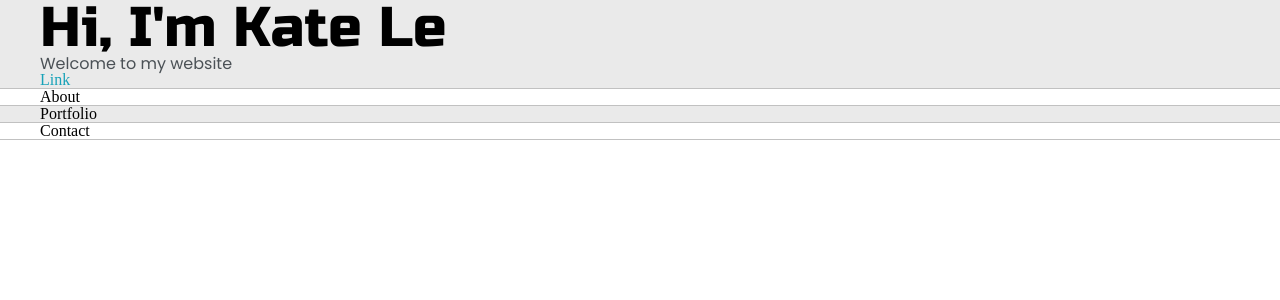
Repository: kate30980/my-persponal-website
Page: index.html
These files come from the project's save history. The page is drawn as it stood at one moment and after the next save; the edit follows.
The browser window is 1280 px wide. The pictures show the whole page.

Above is the page before, as saved 2021-08-26 17:10:41.

### index.html
<!DOCTYPE html>
<html lang="en">

<head>
    <meta charset="UTF-8">
    <meta http-equiv="X-UA-Compatible" content="IE=edge">
    <meta name="viewport" content="width=device-width, initial-scale=1.0">
    <title>Kate Le</title>
    <link rel="preconnect" href="https://fonts.googleapis.com">
    <link rel="preconnect" href="https://fonts.gstatic.com" crossorigin>
    <link rel="preconnect" href="https://fonts.googleapis.com">
    <link rel="preconnect" href="https://fonts.gstatic.com" crossorigin>
    <link href="https://fonts.googleapis.com/css2?family=Poppins:wght@300;400;600;700&family=Russo+One&display=swap"
        rel="stylesheet">
    <link rel="stylesheet" href="reset.css">
    <link rel="stylesheet" href="main.css">
</head>

<body>

    <section class="s1">
        <div class="main-container">
            <h1>Hi, I'm Kate Le</h1>
            <p>Welcome to my website</p>
            <a href="#">Link</a>
        </div>
    </section>

    <section class="s2">
        <div class="main-container">
            About
        </div>
    </section>

    <section class="s1">
        <div class="main-container">
            Portfolio
        </div>
    </section>

    <section class="s2">
        <div class="main-container">
            Contact
        </div>
    </section>

</body>

</html>

### main.css
:root {
  --mainText: black;
  --secondaryText: #4b5156;

  --mainColor: #eaeaea;
  --secondaryColor: #fff;

  --borderColor: #c1c1c1;

  --mainFont: "Popins", sans-serif;
  --secondaryFont: "Russo One", sans-serif;
}

html,
body {
  padding: 0;
  margin: 0;
}
h1,
h2,
h3,
h4,
h5,
h6,
strong {
  color: var(--mainText);
  font-family: "Russo One", sans-serif;
  font-weight: 500;
}

p,
li,
span,
label,
input,
textarea,
select {
  color: var(--secondaryText);
  font-family: "Poppins", sans-serif;
}
ul {
  list-style: none;
}

a {
  text-decoration: none;
  color: #17a2b8;
}

h1 {
  font-size: 56px;
}
h2 {
  font-size: 36px;
}
h3 {
  font-size: 28px;
}
h4 {
  font-size: 24px;
}
h5 {
  font-size: 20px;
}
h6 {
  font-size: 16px;
}

.s1 {
  background-color: var(--mainColor);
  border-bottom: 1px solid var(--borderColor);
  overflow: auto;
}
.s2 {
  background-color: var(--secondaryColor);
  border-bottom: 1px solid var(--borderColor);
  overflow: auto;
}
.main-container {
  width: 1200px;
  margin: 0 auto;
}
@media screen and (max-width: 1200px) {
  .main-container {
    width: 95%;
  }
}

Loaded but not shown: reset.css (common file)

After the next save:
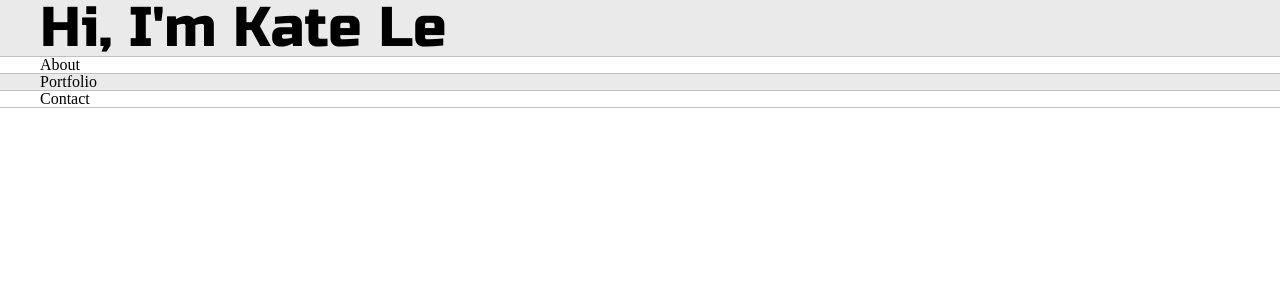
Saved 2 min 3 s later.
--- a/index.html
+++ b/index.html
@@ -20,9 +20,9 @@
 
     <section class="s1">
         <div class="main-container">
-            <h1>Hi, I'm Kate Le</h1>
-            <p>Welcome to my website</p>
-            <a href="#">Link</a>
+            <div class="greeting-wrapper">
+                <h1>Hi, I'm Kate Le</h1>
+            </div>
         </div>
     </section>
 
